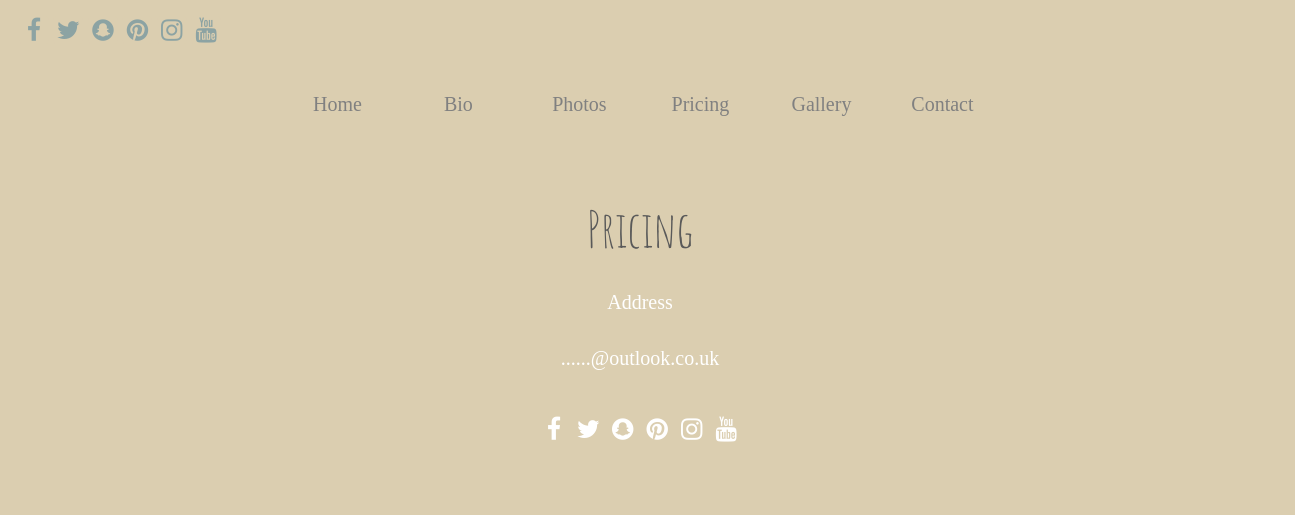
Repository: elizabeth24602/LoaderMedia
Page: pricing.html
The author's editor kept a record of every edit. The page is drawn from the files as they stood at one moment, then again after the next edit.
The browser window is 1280 px wide. The page is 1280 px wide, then 1295 px, so the pictures cover 1295 px, including what lies to the right of the window. The pictures show the whole page.
Some web fonts or font styles are not loaded; a fallback is used.

Above is the page before.
Console error: TypeError: Cannot read properties of null (reading 'textContent')
Not found: Assests/images/

### pricing.html
<!DOCTYPE html>
<html lang="en">
<head>
    <meta charset="UTF-8">
    <meta name="viewport" content="width=device-width, initial-scale=1.0">
    <meta http-equiv="X-UA-Compatible" content="ie=edge">

    <link rel="stylesheet" href="static/css/bootstrap.min.css" type="text/css" />
    <link rel="stylesheet" href="static/css/dc.min.css" type="text/css" />



    <link rel="stylesheet" href="https://stackpath.bootstrapcdn.com/bootstrap/4.3.1/css/bootstrap.min.css" type="text/css" />
    <link rel="stylesheet" href="https://stackpath.bootstrapcdn.com/font-awesome/4.7.0/css/font-awesome.min.css" type="text/css" />
    <link href="https://fonts.googleapis.com/css?family=Lacquer&display=swap" rel="stylesheet">
    <link href="https://fonts.googleapis.com/css?family=Beth+Ellen&display=swap" rel="stylesheet">
    <link rel="stylesheet" href="https://cdnjs.cloudflare.com/ajax/libs/hover.css/2.3.1/css/hover-min.css" type="text/css" />
    <link rel="stylesheet" href="Assests/images/" type="text/css" />
    <link rel="stylesheet" href="Assests/css/style.css" type="text/css" />

    <title>Loader Media</title>

     <script type="text/javascript" src="static/js/d3.min.js"></script>
    <script type="text/javascript" src="static/js/crossfilter.min.js"></script>
    <script type="text/javascript" src="static/js/dc.min.js"></script>
    <script type="text/javascript" src="static/js/queue.min.js"></script>
    <script type="text/javascript" src="static/js/graph.js"></script>

</head>
<body>
     <header class="container-fluid">
        <div id="social-links" class="row">
        <div class="col-sm-4">
                <ul class="list-inline social-links">
                    <li class="list-inline-item">
                        <a target="_blank" href="#">
                            <i class="fa fa-facebook" aria-hidden="true"></i>
                            <span class="sr-only">Facebook</span>
                        </a>
                    </li>
                    <li class="list-inline-item">
                        <a target="_blank" href="#">
                            <i class="fa fa-twitter" aria-hidden="true"></i>
                            <span class="sr-only">Twitter</span>
                        </a>
                    </li>
                    <li class="list-inline-item">
                        <a target="_blank" href="#">
                            <i class="fa fa-snapchat" aria-hidden="true"></i>
                            <span class="sr-only">Snapchat</span>
                        </a>
                    </li>
                    <li class="list-inline-item">
                        <a target="_blank" href="#">
                            <i class="fa fa-pinterest" aria-hidden="true"></i>
                            <span class="sr-only">Pinterest</span>
                        </a>
                    </li>
                    <li class="list-inline-item">
                        <a target="_blank" href="#">
                            <i class="fa fa-instagram" aria-hidden="true"></i>
                            <span class="sr-only">Instagram</span>
                        </a>
                    </li>
                    <li class="list-inline-item">
                        <a target="_blank" href="#">
                            <i class="fa fa-youtube" aria-hidden="true"></i>
                            <span class="sr-only">YouTube</span>
                        </a>
                    </li>
                </ul>
            </div>
        </div>
         <div class="row no-gutters">
            <div class="col">
                <ul id="nav" class="list-inline menucontainer">
                    <li class="col-4 col-sm-2 ui-menu-color-home list-inline-item menuitem">
                        <a href="index.html" class="hvr-underline-from-center"><span>Home</span></a>
                    </li>
                    <li class="col-4 col-sm-2 ui-menu-color-bio list-inline-item menuitem">
                        <a href="bio.html" class="hvr-underline-from-center"><span>Bio</span></a>
                    </li>
                     <li class="col-4 col-sm-2 ui-menu-color-photos list-inline-item menuitem">
                        <a href="photos.html" class="hvr-underline-from-center"><span>Photos</span></a>
                    </li>
                    <li class="col-4 col-sm-2 ui-menu-color-pricing list-inline-item menuitem">
                        <a href="pricing.html" class="hvr-underline-from-center"><span>Pricing</span></a>
                    </li>
                    <li class="col-4 col-sm-2 ui-menu-color-gallery list-inline-item menuitem">
                        <a href="gallery.html" class="hvr-underline-from-center"><span>Gallery</span></a>
                    </li>
                    <li class="col-4 col-sm-2 ui-menu-color-contact list-inline-item menuitem">
                        <a href="contact.html" class="hvr-underline-from-center"><span>Contact</span></a>
                    </li>
                </ul>
            </div>
        </div>

        <div class="row no-gutters">
            <div class="col headings">
                <h3 class="name3">Pricing</h3>
            </div>
        </div>
    </header>

    <section>

    </section>

    <footer class="container-fluid">
    <div id="footer-details" class="row">
        <div class="col-sm-12">
            <p class="address">Address</p>
        </div>
    </div>
        <div class="row">
            <div class="col-sm-12">
                <p class="email">......@outlook.co.uk</p>
            </div>
        </div>
        <div class="row">
            <div class="col-sm-12">
                        <ul class="list-inline social-links2 container-fluid">
                    <li class="list-inline-item">
                        <a target="_blank" href="#">
                            <i class="fa fa-facebook" aria-hidden="true"></i>
                            <span class="sr-only">Facebook</span>
                        </a>
                    </li>
                    <li class="list-inline-item">
                        <a target="_blank" href="#">
                            <i class="fa fa-twitter" aria-hidden="true"></i>
                            <span class="sr-only">Twitter</span>
                        </a>
                    </li>
                    <li class="list-inline-item">
                        <a target="_blank" href="#">
                            <i class="fa fa-snapchat" aria-hidden="true"></i>
                            <span class="sr-only">Snapchat</span>
                        </a>
                    </li>
                    <li class="list-inline-item">
                        <a target="_blank" href="#">
                            <i class="fa fa-pinterest" aria-hidden="true"></i>
                            <span class="sr-only">Pinterest</span>
                        </a>
                    </li>
                    <li class="list-inline-item">
                        <a target="_blank" href="#">
                            <i class="fa fa-instagram" aria-hidden="true"></i>
                            <span class="sr-only">Instagram</span>
                        </a>
                    </li>
                    <li class="list-inline-item">
                        <a target="_blank" href="#">
                            <i class="fa fa-youtube" aria-hidden="true"></i>
                            <span class="sr-only">YouTube</span>
                        </a>
                    </li>
                </ul>
            </div>
        </div>
    </footer>

</body>
</html>

### Assests/css/style.css
@import url('https://fonts.googleapis.com/css?family=Lacquer:100,200,300,400,500,600,700|Beth+Ellen:100,200,300,400,500,600,700|Pacifico:100,200,300,400,500,600,700|Amatic+SC:100,200,300,400,500,600,700');

/*-------------------------------Website Name */

.name {
    font-family: "Beth+Ellen";
     font-weight: 100;
    font-size: 80px;
    margin-top: 70px;
    text-align: center;
    color: #ffffff;
}

.name3 {
    font-family: "Amatic SC";
     font-weight: 60;
    font-size: 50px;
    margin-top: 70px;
    text-align: center;
    color: #595959;
}

/*-------------------------------Background */

body {
  background-color: #dbceb0;
}

/*-------------------------------Social */

.social-links {
    padding-top: 15px;
    padding-bottom: 15px;
}

.social-links li a i {
    width: 30px;
    height: 30px;
    padding: 12px 0;
    border-radius: 20%;
    font-size: 25px;
    line-height: 7px;
    text-align: center;
    color: #8ca3a3;
    background: #dbceb0;
    transition: all 0.35s ease-in-out;
    -moz-transition: all 0.35s ease-in-out;
    -webkit-transition: all 0.35s ease-in-out;
    -o-transition: all 0.35s ease-in-out;
}

/*-------------------------------menu */


.list-inline-item:not(:last-child) {
    margin: 0;
}

.menucontainer {
    font-size: 0;
    margin: auto;
    width: 60%;
    padding: 10px;
}

#nav li {
    font-size: 20px;
    font-family: 'Beth+Ellen';
    padding: 0;
}

.menuitem {
    text-align: center;
    padding: 0;
}

.body {
    text-align: center;
}


.menuitem2 a {
    width: 100%;
    text-decoration: none;
    color: #ffffff;
}

.menuitem a {
    width: 100%;
    text-decoration: none;
    color: #808080;
}

.hvr-underline-from-center:before {
    background-color: #ffffff;
    color: #d3d3d3;
}


.a:hover {
    text-decoration: none;
}

/*-------------------------------Footer */


.bottom {
    background-color: #666633;
    color: #ffffff;
    left: 0;
    bottom: 0;
    width: 100%;
    text-align: center;
}


.address {
    color: #ffffff;
    text-align: center;
    font-family: "Beth+Ellen";
    padding-top: 20px;
    font-size: 20px;
}
.email {
    color: #ffffff;
    text-align: center;
    font-family: "Beth+Ellen";
    padding: 10px;
    font-size: 20px;
}

.social-links2 {
    padding-top: 15px;
    padding-bottom: 15px;
    text-align: center;
}

.social-links2 li a i {
    width: 30px;
    height: 30px;
    padding: 12px 0;
    border-radius: 20%;
    font-size: 25px;
    line-height: 7px;
    text-align: center;
    color: #ffffff;
    transition: all 0.35s ease-in-out;
    -moz-transition: all 0.35s ease-in-out;
    -webkit-transition: all 0.35s ease-in-out;
    -o-transition: all 0.35s ease-in-out;
}

/*-------------------------------Home */

.index {
  background-image: url("../images/bryn.jpg");
  background-color: #fff5ee;
  height: 500px;
  background-position: cover;
  background-repeat: no-repeat;
  background-size: cover;
  text-align: center;
  background-attachment: scroll;
}

body {
  font-family: "Beth+Ellen", sans-serif;
}

.sidebar {
  height: 100%;
  width: 0;
  position: fixed;
  z-index: 1;
  top: 0;
  left: 0;
  background-color: #666633;
  overflow-x: hidden;
  transition: 0.5s;
  padding-top: 60px;
}

.sidebar a {
  padding: 8px 8px 8px 32px;
  text-decoration: none;
  font-size: 30px;
  font-family: "Amatic SC";
  color: #ffffff;
  display: block;
  transition: 0.3s;
}

.sidebar a:hover {
  color: #f1f1f1;
}

.sidebar .closebtn {
  position: relative;
  top: 0;
  right: 25px;
  font-size: 36px;
  margin-left: 50px;
}

.openbtn {
  font-size: 20px;
  cursor: pointer;
  background-color: #111;
  color: white;
  padding: 10px 15px;
  border: none;
}

.openbtn:hover {
  background-color: #444;
}

#main {
  transition: margin-left .5s;
  padding: 16px;
}

/* On smaller screens, where height is less than 450px, change the style of the sidenav (less padding and a smaller font size) */
@media screen and (max-height: 450px) {
  .sidebar {padding-top: 15px;}
  .sidebar a {font-size: 18px;}
}


/*-------------------------------Photos */

.accordion {
  background-color: #666633;
  color: #ffffff;
  font-family: "Beth+Ellen";
  text-align: center;
  cursor: pointer;
  padding: 18px;
  margin: 20px;
  width: 50%;
  border: none;
  outline: none;
  font-size: 30px;
  transition: 0.4s;
}

.active, .accordion:hover {
  background-color: #fff5ee;
   color: #808080;
}

.panel {
  padding: 0 18px;
  display: none;
  background-color: #dbceb0;
  overflow: hidden;
  font-family: "Beth+Ellen";
  color: #808080;
  text-align: left;
  width: 50%
  font-size: 20px;
}
/*-------------------------------Gallery */
.row {
  display: flex;
  flex-wrap: wrap;
  padding: 0 4px;
}

/* Create four equal columns that sits next to each other */
.column {
  flex: 25%;
  max-width: 25%;
  padding: 0 4px;
}

.column img {
  margin-top: 20px;
  margin-bottom: 10px;
  margin-left: 10px;
  margin-right: 10px;
  vertical-align: middle;
  width: 100%;
}

/* Responsive layout - makes a two column-layout instead of four columns */
@media screen and (max-width: 800px) {
  .column {
    flex: 50%;
    max-width: 50%;
  }
}

/* Responsive layout - makes the two columns stack on top of each other instead of next to each other */
@media screen and (max-width: 600px) {
  .column {
    flex: 100%;
    max-width: 100%;
  }
}
/*-------------------------------contact */

.contact-heading {
    font-family: "Beth+Ellen";
    text-align: center;
    font-weight: 100;
    margin-top: 25px;
    margin-bottom: 20px;
    color: #808080;
}

.text-center {
    font-family: "pacifico";
    text-align: center;
    font-weight: 100;
    margin-top: 25px;
    margin-bottom: 20px;
    color: #808080;
}


.center-form {
    padding-top: 10px;
    margin: 0 auto;
    max-width: 70%;
    font-family: "Beth+Ellen";
}

button[type="submit"] {
    margin-top: 15px;
    margin-bottom: 20px;
    background-color: #666633;
    color: #fafafa;
    font-family: "Beth+Ellen";
}

.chat {
   font-family: "Beth+Ellen";
    font-weight: 100;
    margin-top: 180px;
    margin-bottom: 20px;
    text-align: center;
    color: #595959;
}

.number {
     font-family: "pacifico";
    font-weight: 100;
    margin-top: 125px;
    margin-bottom: 20px;
    text-align: center;
    color: #808080;
}

.laptop {
    display: block;
  margin-left: auto;
  margin-right: auto;
  margin-top: 20px;
  width: 90%;
}

.phone {
  display: block;
  margin-left: auto;
  margin-right: auto;
  margin-top: 20px;
  margin-bottom: 20px;
  width: 90%;
  border-radius: 8px;
}

### static/js/graph.js
queue()
    .defer(d3.csv, "data/Salaries.csv")
    .await(makeGraphs);

function makeGraphs(error, salaryData) {
    var ndx = crossfilter(salaryData);

    salaryData.forEach(function(d){
        d.salary = parseInt(d.salary);
    })

    show_discipline_selector(ndx);
    show_gender_balance(ndx);
    show_average_salary(ndx);
    show_rank_distribution(ndx);

    dc.renderAll();
}

function show_discipline_selector(ndx) {
    var dim = ndx.dimension(dc.pluck('discipline'));
    var group = dim.group();

    dc.selectMenu("#discipline-selector")
        .dimension(dim)
        .group(group);
}


function show_gender_balance(ndx) {
    var dim = ndx.dimension(dc.pluck('sex'));
    var group = dim.group();

    dc.barChart("#gender-balance")
        .width(400)
        .height(300)
        .margins({top: 10, right: 50, bottom: 30, left: 50})
        .dimension(dim)
        .group(group)
        .transitionDuration(500)
        .x(d3.scale.ordinal())
        .xUnits(dc.units.ordinal)
        .xAxisLabel("Gender")
        .yAxis().ticks(20);
}


function show_average_salary(ndx) {
    var dim = ndx.dimension(dc.pluck('sex'));

    function add_item(p, v) {
        p.count++;
        p.total += v.salary;
        p.average = p.total / p.count;
        return p;
    }

    function remove_item(p, v) {
        p.count--;
        if(p.count == 0) {
            p.total = 0;
            p.average = 0;
        } else {
            p.total -= v.salary;
            p.average = p.total / p.count;
        }
        return p;
    }

    function initialise() {
        return {count: 0, total: 0, average: 0};
    }

    var averageSalaryByGender = dim.group().reduce(add_item, remove_item, initialise);

    dc.barChart("#average-salary")
        .width(400)
        .height(300)
        .margins({top: 10, right: 50, bottom: 30, left: 50})
        .dimension(dim)
        .group(averageSalaryByGender)
        .valueAccessor(function(d){
            return d.value.average.toFixed(2);
        })
        .transitionDuration(500)
        .x(d3.scale.ordinal())
        .xUnits(dc.units.ordinal)
        .elasticY(true)
        .xAxisLabel("Shade")
        .yAxis().ticks(10);
}


function show_rank_distribution(ndx) {

    function rankByGender(dimension, rank) {
        return dimension.group().reduce(
            function (p, v) {
                p.total++;
                if(v.rank == rank) {
                    p.match++;
                }
                return p;
            },
            function (p, v) {
                p.total--;
                if(v.rank == rank) {
                    p.match--;
                }
                return p;
            },
            function () {
                return {total: 0, match: 0};
            }
        );
    }

    var dim = ndx.dimension(dc.pluck("sex"));
    var profByGender = rankByGender(dim, "Motor Vehicles");
    var asstProfByGender = rankByGender(dim, "Animals");
    var assocProfByGender = rankByGender(dim, "Landscapes");

    dc.barChart("#rank-distribution")
        .width(400)
        .height(300)
        .dimension(dim)
        .group(profByGender, "Motors")
        .stack(asstProfByGender, "Animals")
        .stack(assocProfByGender, "Landscapes")
        .valueAccessor(function(d) {
            if(d.value.total > 0) {
                return (d.value.match / d.value.total) * 100;
            } else {
                return 0;
            }
        })
        .x(d3.scale.ordinal())
        .xUnits(dc.units.ordinal)
        .legend(dc.legend().x(320).y(20).itemHeight(15).gap(5))
        .margins({top: 10, right: 100, bottom: 30, left: 30});
}

Loaded but not shown: static/css/bootstrap.min.css (library); static/css/dc.min.css (library); static/js/d3.min.js (library); static/js/crossfilter.min.js (library); static/js/dc.min.js (library); static/js/queue.min.js (common file)

After the next edit:
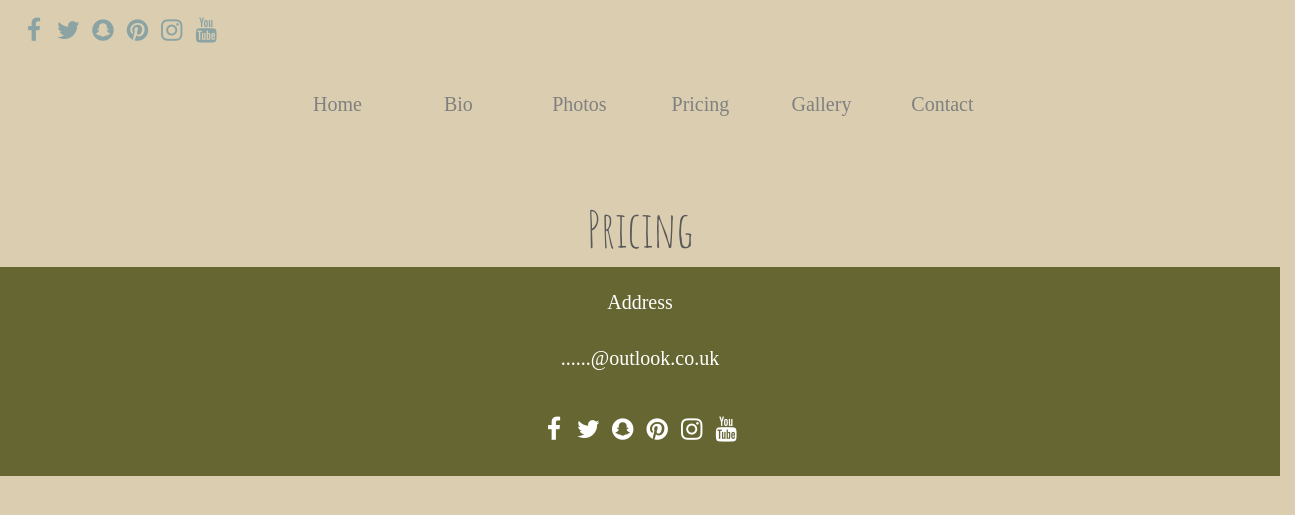
The edit:
--- a/pricing.html
+++ b/pricing.html
@@ -107,7 +107,7 @@
 
     </section>
 
-    <footer class="container-fluid">
+    <footer class="bottom">
     <div id="footer-details" class="row">
         <div class="col-sm-12">
             <p class="address">Address</p>
